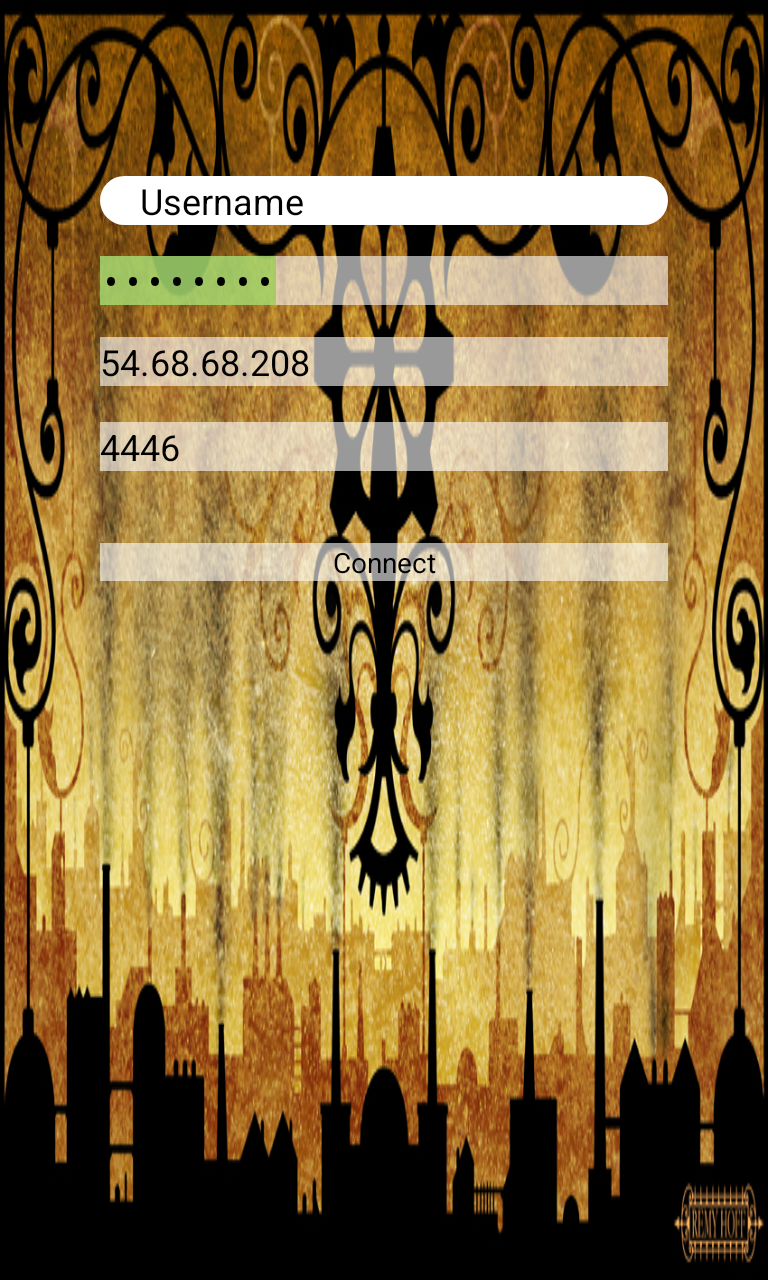
Repository: jkrepps/CSCE-482
Layout: Mobile Client (eclipse)/Industry of Deciet/res/layout/mains.xml
These files come from the project's save history. The layout is drawn as it stood at one moment and after the next save; the edit follows.
It is drawn on a 768 x 1280 px phone screen (xhdpi) without system bars, with theme AppTheme; the app's code is not run.

Above is the layout before, as saved 2014-12-03 10:49:12.

After the next save:
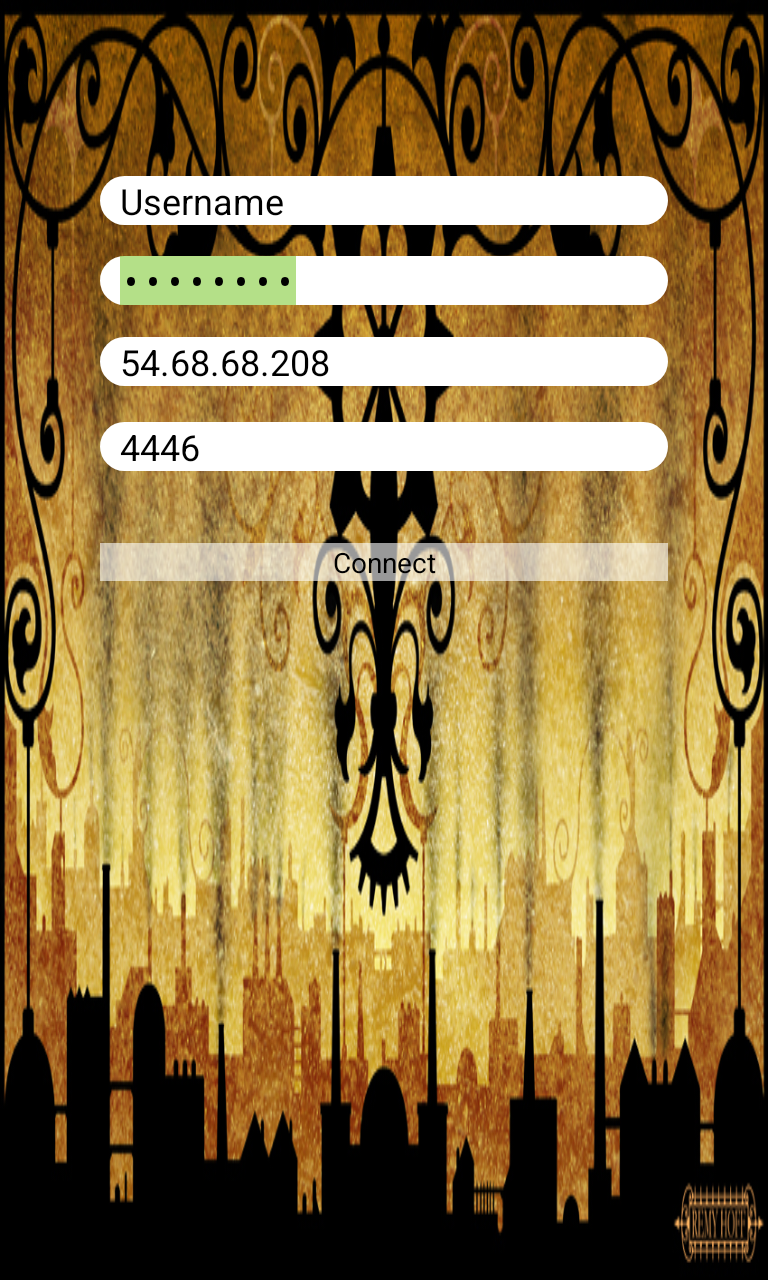
Saved 113 s later.
--- a/Mobile Client (eclipse)/Industry of Deciet/res/layout/mains.xml
+++ b/Mobile Client (eclipse)/Industry of Deciet/res/layout/mains.xml
@@ -31,11 +31,12 @@
             android:layout_alignParentLeft="true"
             android:layout_below="@+id/editText2"
             android:layout_marginTop="16dp"
-            android:textColor="#FF000000"
-            android:background="#99FFFFFF"
+            android:background="@drawable/roundededittext"
             android:ems="10"
             android:inputType="textPersonName"
-            android:text="@string/IP" />
+            android:paddingLeft="10dp"
+            android:text="@string/IP"
+            android:textColor="#FF000000" />
 
         <EditText
             android:id="@+id/editText4"
@@ -44,11 +45,12 @@
             android:layout_alignParentLeft="true"
             android:layout_below="@+id/editText3"
             android:layout_marginTop="18dp"
-            android:textColor="#FF000000"
-            android:background="#99FFFFFF"
+            android:background="@drawable/roundededittext"
             android:ems="10"
             android:inputType="textPersonName"
-            android:text="@string/Port" />
+            android:paddingLeft="10dp"
+            android:text="@string/Port"
+            android:textColor="#FF000000" />
 
         <EditText
             android:id="@+id/editText2"
@@ -57,9 +59,10 @@
             android:layout_alignParentLeft="true"
             android:layout_alignParentTop="true"
             android:layout_marginTop="128dp"
-            android:background="#99FFFFFF"
+            android:background="@drawable/roundededittext"
             android:ems="10"
             android:inputType="textPassword"
+            android:paddingLeft="10dp"
             android:selectAllOnFocus="true"
             android:text="Password"
             android:textColor="#FF000000" >
@@ -88,7 +91,7 @@
             android:background="@drawable/roundededittext"
             android:ems="10"
             android:inputType="textPersonName"
-            android:paddingLeft="20dp"
+            android:paddingLeft="10dp"
             android:selectAllOnFocus="true"
             android:text="Username"
             android:textColor="#FF000000" />
